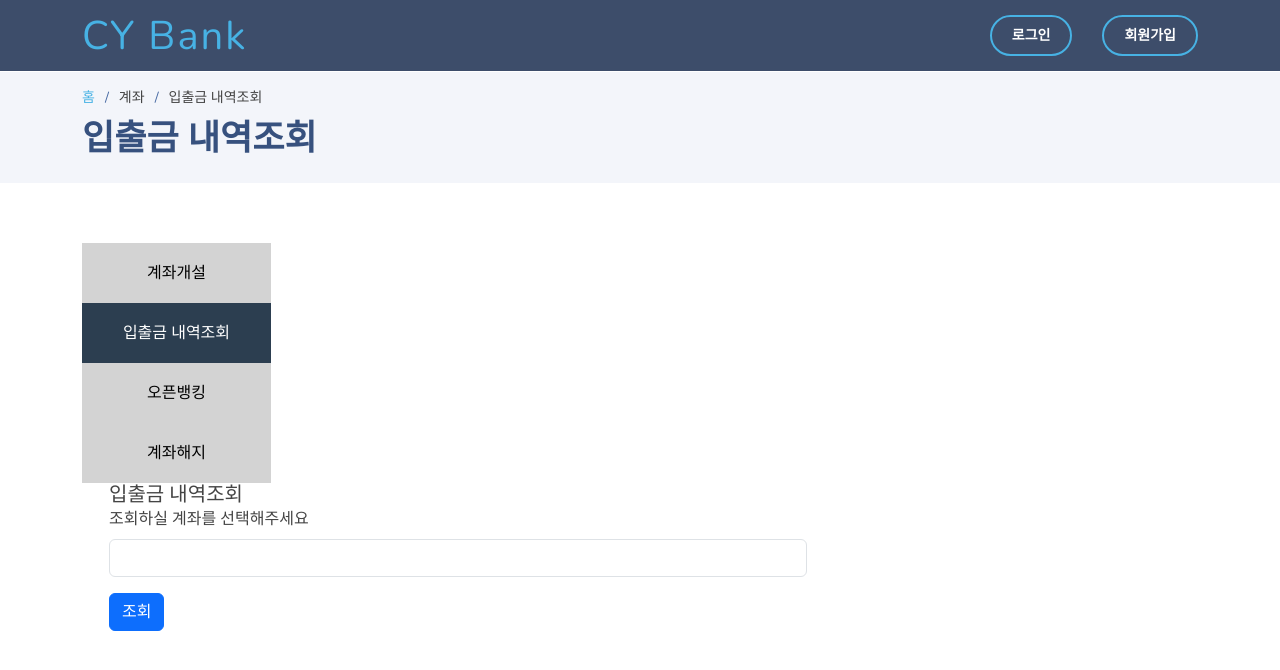
Repository: scy0814/Spring
Page: http://localhost/CYBank/jsp/transaction/TransactionHistory.jsp
These files come from the project's save history. The page is drawn as it stood at one moment and after the next save; the edit follows.
The browser window is 1280 px wide. The pictures show the whole page.
The page is served by Tomcat 9. Other server files are loaded and not shown. The template is opened directly, without the code that normally fills it, so the values that code supplies are empty.

Above is the page before, as saved 2023-06-29 09:55:24.

### CYBank/src/main/webapp/jsp/transaction/TransactionHistory.jsp
<%@ page language="java" contentType="text/html; charset=UTF-8" pageEncoding="UTF-8"%>
<%@ taglib uri="http://java.sun.com/jsp/jstl/core" prefix="c"%>
<!DOCTYPE html>
<html>
<head>
<meta charset="UTF-8">
<title>Insert title here</title>
<link rel="stylesheet" href="https://stackpath.bootstrapcdn.com/bootstrap/4.5.2/css/bootstrap.min.css">
<script src="https://code.jquery.com/jquery-3.6.0.min.js"></script>
<style>
.button {
    width: 5cm;
    height: 60px;
    display: inline-block;
    padding: 10px 20px;
    border: none;
    background-color: lightgray;
    color: black;
    text-align: center;
    text-decoration: none;
    font-size: 16px;
    cursor: pointer;
    border-radius: 0;
  }
  #button2{
  background-color: rgb(44, 62, 80);
    color: white;
  }
  .myHr {
    width: 5cm;
    margin-left: 0;
  }
</style>
</head>
<header>
<jsp:include page="/jsp/include/header.jsp" />
</header>
<body>
<section id="breadcrumbs" class="breadcrumbs">
      <div class="container">

        <ol>
          <li><a href="/index.jsp">홈</a></li>
          <li>계좌</li>
          <li>입출금 내역조회</li>
        </ol>
        <h2 style="font-size : 35px;">입출금 내역조회</h2>

      </div>
    </section><!-- End Breadcrumbs -->

    <section class="inner-page">
      <div class="container">


	<form action="${pageContext.request.contextPath}/createAccount.do" method="post">
    <button type="submit" class="button" id="button1">계좌개설</button>
  </form>

  <form action="${pageContext.request.contextPath}/transactionHistory.do" method="post">
    <button type="submit" class="button" id="button2">입출금 내역조회</button><br>
  </form>

  <form action="${pageContext.request.contextPath}/openBanking.do" method="post">
    <button type="submit" class="button">오픈뱅킹</button><br>
  </form>

  <form action="${pageContext.request.contextPath}/closeAccount.do" method="post">
    <button type="submit" class="button">계좌해지</button>
  </form>

  <form id="closeAccountForm" class="closeAccount" method="post">
		<div class="container">
				<div class="col-lg-8">
							<h5 class="card-title">입출금 내역조회</h5>
							<div class="form-group">
								<label for="accountType">조회하실 계좌를 선택해주세요</label> <select name="closeAccount"
									class="form-control">
									<c:forEach var="account" items="${accountList}">
										<option value="${account.accountNum}">${account.accountNum}
											- ${account.accountName} (${account.type})</option>
									</c:forEach>
								</select>
							</div>
							<div id="error"></div>
							<button type="button"
								onclick="showConfirmation('${pageContext.request.contextPath}')"
								class="btn btn-primary">조회</button>
						</div>
					</div>
	</form>

  </div>
  </section>
</body>
</html>

### CYBank/src/main/webapp/jsp/include/header.jsp
<%@ page language="java" contentType="text/html; charset=UTF-8"
    pageEncoding="UTF-8"%>
    <%@ taglib prefix="c" uri="http://java.sun.com/jsp/jstl/core"%>
<!DOCTYPE html>
<html>
<head>
<meta charset="UTF-8">
 <!-- Favicons -->
  <link href="assets/img/favicon.png" rel="icon">
  <link href="assets/img/apple-touch-icon.png" rel="apple-touch-icon">


  <!-- Google Fonts -->
  <link href="https://fonts.googleapis.com/css?family=Open+Sans:300,300i,400,400i,600,600i,700,700i|Nunito:300,300i,400,400i,600,600i,700,700i|Poppins:300,300i,400,400i,500,500i,600,600i,700,700i" rel="stylesheet">

  <!-- Vendor CSS Files -->
  <link href="/CYBank/css/vendor/aos/aos.css" rel="stylesheet">
  <link href="/CYBank/css/vendor/bootstrap/css/bootstrap.min.css" rel="stylesheet">
  <link href="/CYBank/css/vendor/bootstrap-icons/bootstrap-icons.css" rel="stylesheet">
  <link href="/CYBank/css/vendor/glightbox/css/glightbox.min.css" rel="stylesheet">
  <link href="/CYBank/css/vendor/remixicon/remixicon.css" rel="stylesheet">
  <link href="/CYBank/css/vendor/swiper/swiper-bundle.min.css" rel="stylesheet">

  <!-- Template Main CSS File -->
  <link href="/CYBank/css/css/style.css" rel="stylesheet">
  <style>
  .fixed-top {
    position: fixed;
    z-index: 1030;
    background: #283a5ae6;
    top: 0;
    right: 0;
    left: 0;
}
  </style>

<title>Insert title here</title>
</head>
<body>
<!-- ======= Header ======= -->
  <header id="header" class="header fixed-top">
    <div class="container-fluid container-xl d-flex align-items-center justify-content-between">

      <a href="index.jsp" class="logo d-flex align-items-center">
        <span class="cybank">CY Bank</span>
      </a>
		<c:set var="isLogin" value="${empty user }" />
      <nav id="navbar" class="navbar">
        <ul>
        <c:if test="${not empty user}">
          <li><a class="nav-link scrollto active" href="index.jsp">홈</a></li>
          <li><a class="nav-link scrollto" href="${pageContext.request.contextPath }/noticeList.do">공지사항</a></li>
          <li><a class="nav-link scrollto" href="#about">오픈뱅킹</a></li>
           <li class="dropdown"><a href="${pageContext.request.contextPath }/account.do"><span>계좌</span> <i class="bi bi-chevron-down"></i></a>
            <ul>
              <li><a href="${pageContext.request.contextPath}/account.do">나의 계좌</a></li>
              <li><a href="${pageContext.request.contextPath}/createAccount.do">계좌 개설</a></li>
              <li><a href="${pageContext.request.contextPath}/transactionHistory.do">입출금 내역</a></li>
              <li><a href="${pageContext.request.contextPath}/closeAccount.do">계좌 해지</a></li>
            </ul>
          </li>
          <li><a class="nav-link scrollto" href="${pageContext.request.contextPath }/myPage.do">마이페이지</a></li>
          <li><a class="nav-link scrollto" href="${pageContext.request.contextPath }/customerCenter.do">고객센터</a></li>
          <li><a class="nav-link scrollto" href="${pageContext.request.contextPath }/logout.do">로그아웃</a></li>
          </c:if>
		<c:if test="${empty user}">
          <li><a class="getstarted scrollto" href="${pageContext.request.contextPath }/login.do">로그인</a></li>
          <li><a class="getstarted scrollto" href="${pageContext.request.contextPath }/signup.do">회원가입</a></li>
          </c:if>
        </ul>
        <i class="bi bi-list mobile-nav-toggle"></i>
      </nav><!-- .navbar -->

    </div>
  </header><!-- End Header -->
  <!-- Vendor JS Files -->
  <script src="/CYBank/css/vendor/purecounter/purecounter_vanilla.js"></script>
  <script src="/CYBank/css/vendor/aos/aos.js"></script>
  <script src="/CYBank/css/vendor/bootstrap/js/bootstrap.bundle.min.js"></script>
  <script src="/CYBank/css/vendor/glightbox/js/glightbox.min.js"></script>
  <script src="/CYBank/css/vendor/isotope-layout/isotope.pkgd.min.js"></script>
  <script src="/CYBank/css/vendor/swiper/swiper-bundle.min.js"></script>
  <script src="/CYBank/css/vendor/php-email-form/validate.js"></script>

  <!-- Template Main JS File -->
  <script src="/CYBank/css/js/main.js"></script>

</body>
</html>

Loaded but not shown: CYBank/src/main/webapp/css/js/main.js (258 lines, source omitted); CYBank/src/main/webapp/css/css/style.css (1830 lines, source omitted)

After the next save:
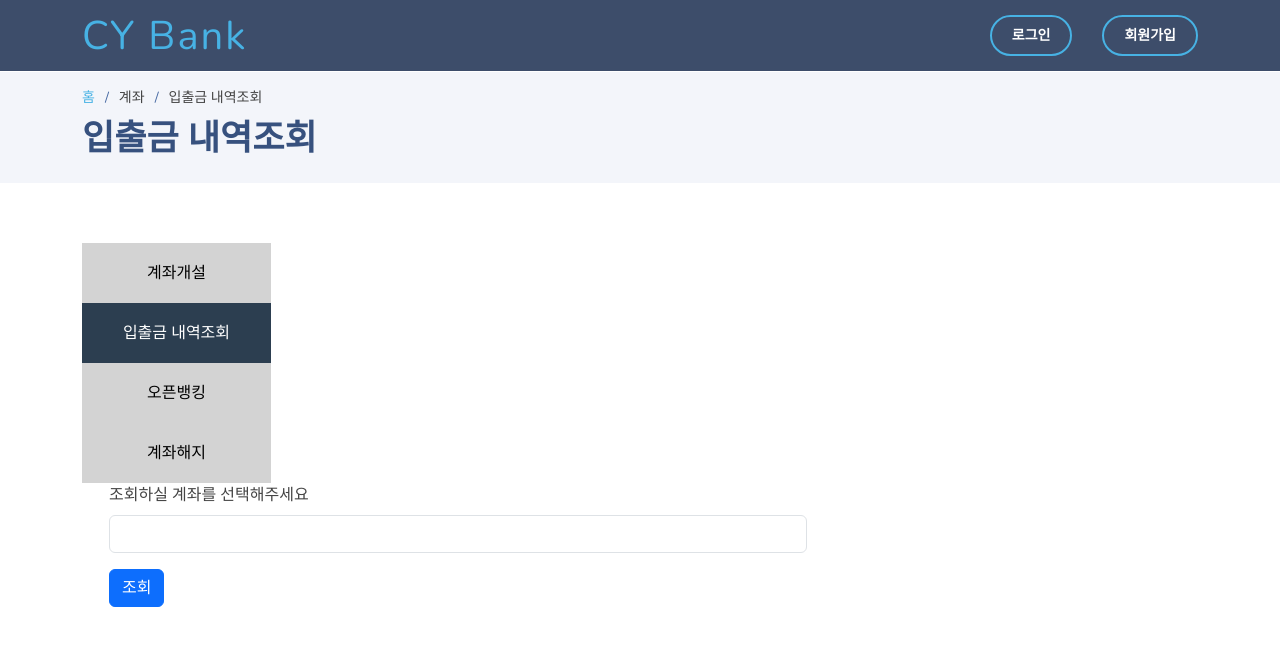
Saved 14 s later.
--- a/CYBank/src/main/webapp/jsp/transaction/TransactionHistory.jsp
+++ b/CYBank/src/main/webapp/jsp/transaction/TransactionHistory.jsp
@@ -72,7 +72,6 @@
   <form id="closeAccountForm" class="closeAccount" method="post">
 		<div class="container">
 				<div class="col-lg-8">
-							<h5 class="card-title">입출금 내역조회</h5>
 							<div class="form-group">
 								<label for="accountType">조회하실 계좌를 선택해주세요</label> <select name="closeAccount"
 									class="form-control">
